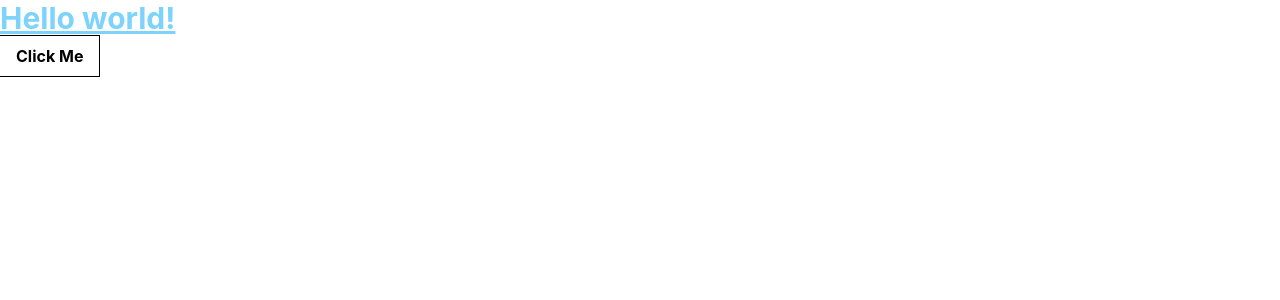
Repository: isabelleoktay/sibelle-website
Page: / (app in front-end/)
These files come from the project's save history. The page is drawn as it stood at one moment and after the next save; the edit follows.
The browser window is 1280 px wide. The pictures show the whole page.
The project was rebuilt for these pictures with package versions that can differ from the ones it lists, and the page was loaded fresh each time. Also part of the build but not shown: front-end/src/App.css.

Above is the page before, as saved 2022-11-30 15:13:20.

After the next save:
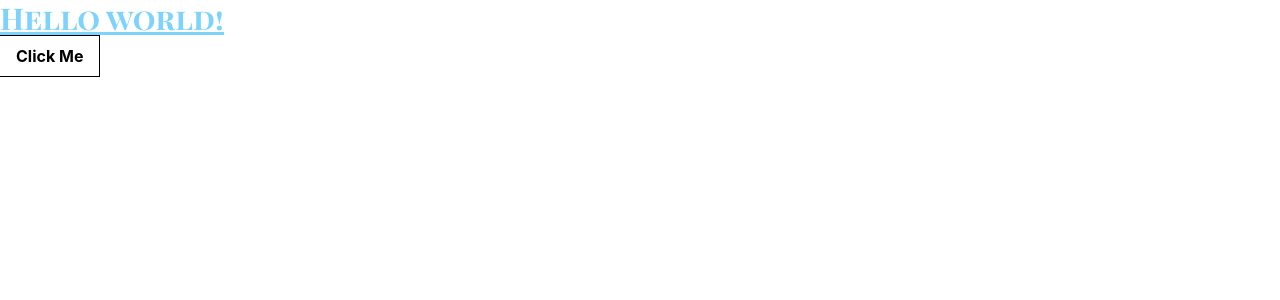
Saved 32 s later.
--- a/front-end/src/App.js
+++ b/front-end/src/App.js
@@ -4,7 +4,7 @@ import LandingPageButton from './components/landing-page-button';
 function App() {
   return (
     <div>
-      <h1 className="text-3xl text-sky-300 font-bold font-playfiar underline">
+      <h1 className="text-3xl text-sky-300 font-bold font-playfair underline">
         Hello world!
       </h1>
       <LandingPageButton url="https://www.lanadelrey.com/"/>
